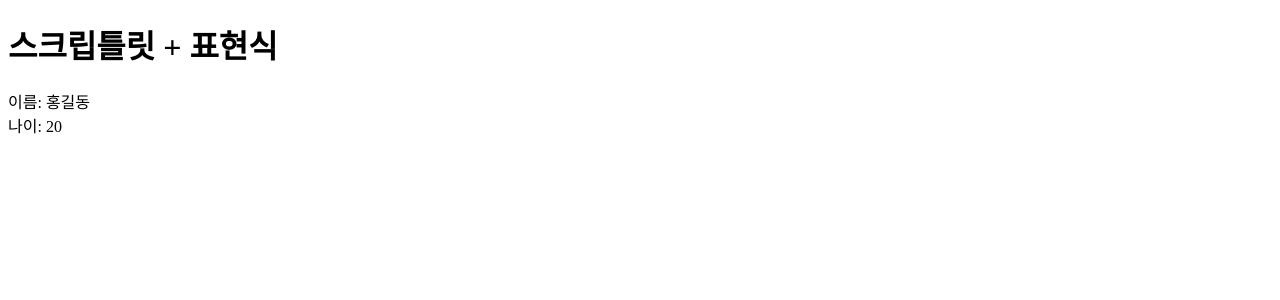
Repository: sungken/JSP
Page: http://localhost/JSPTest/ex06_script.jsp
An editor plug-in stored every save of this project. The page is shown before and after the next save, followed by the edit.
The browser window is 1280 px wide. The pictures show the whole page.
The page is served by Tomcat 9.

Above is the page before, as saved 2024-04-01 06:45:26.

### JSPTest/src/main/webapp/ex06_script.jsp
<%@ page language="java" contentType="text/html; charset=UTF-8"
    pageEncoding="UTF-8"%>
<%
	//비지니스 코드 작업 위치

	//Connection conn;
	//PrepapredStatement stat
	// ResultSet rs;
	// rs.getString("name");

	String name = "홍길동";
	int age = 20;
	String color = "blue";

%>
<!DOCTYPE html>
<html>
<head>
<meta charset="UTF-8">
<title>Insert title here</title>
</head>
<body>
	<!-- ex06_script.jsp -->
	<%-- 주석 --%>


	<h1>스크립틀릿 + 표현식</h1>
	<div>이름: <%= name %></div>
	<div>나이: <%= age %></div>

</body>
</html>

After the next save:
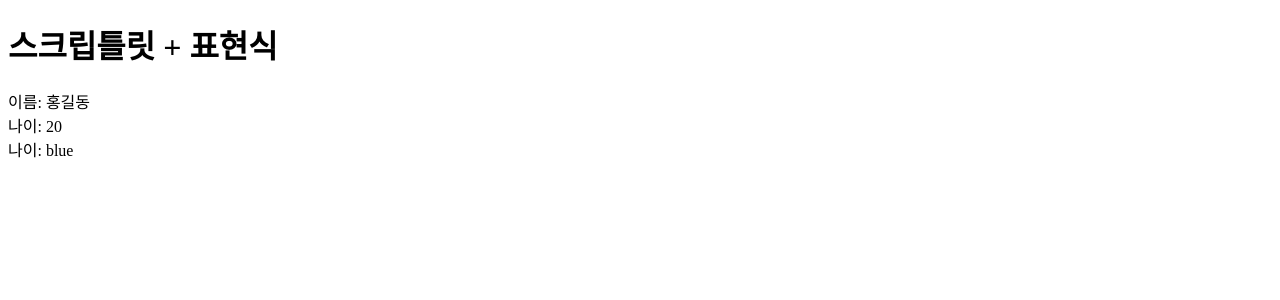
Saved 10 s later.
--- a/JSPTest/src/main/webapp/ex06_script.jsp
+++ b/JSPTest/src/main/webapp/ex06_script.jsp
@@ -27,6 +27,7 @@
 	<h1>스크립틀릿 + 표현식</h1>
 	<div>이름: <%= name %></div>
 	<div>나이: <%= age %></div>
+	<div>나이: <%= color %></div>
 
 </body>
 </html>
